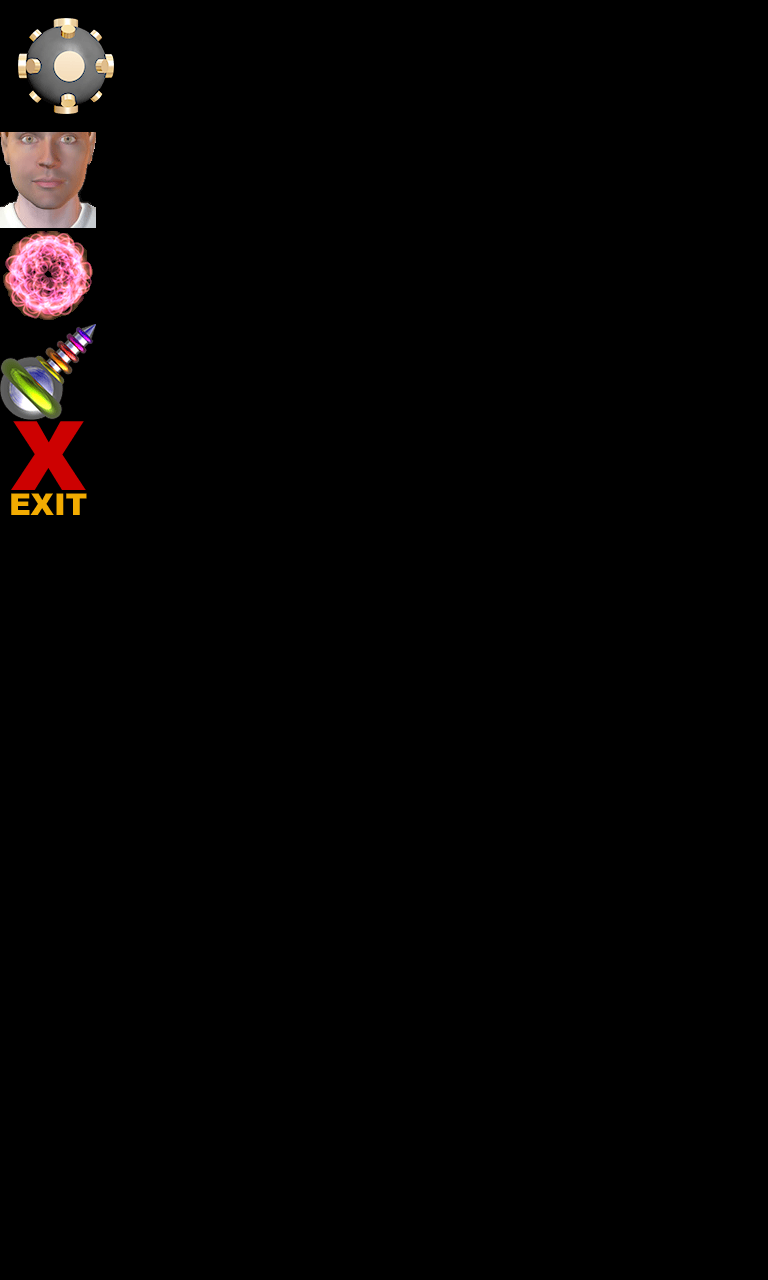
Repository: TimGirouard/tim-hobby-bucket
Layout: Android_Work/workspace/Hello_World/res/layout/activity_attack.xml
The author's editor kept a copy of each file at every save. The layout is drawn from the files as they stood at one save, then again after the next save.
It is drawn on a 768 x 1280 px phone screen (xhdpi) without system bars, with theme AppTheme; the app's code is not run.

Above is the layout before, as saved 2014-01-17 16:40:23.

### Android_Work/workspace/Hello_World/res/layout/activity_attack.xml
<?xml version="1.0" encoding="utf-8"?>
<LinearLayout xmlns:android="http://schemas.android.com/apk/res/android"
    android:layout_width="match_parent"
    android:layout_height="match_parent"
    android:orientation="vertical"
    android:background="#000000" >
    <ImageButton
        android:id="@+id/bombButton"
        android:background="#00000000"
        android:layout_width="wrap_content"
        android:layout_height="wrap_content"
        android:contentDescription="@string/content_desc_bomb"
        android:layout_margin="9dp"
        android:src="@drawable/attackbomb" />
    <ImageButton
        android:id="@+id/invadeButton"
        android:background="#00000000"
        android:layout_width="wrap_content"
        android:layout_height="wrap_content"
        android:contentDescription="@string/content_desc_invade"
        android:src="@drawable/attackinvade" />
    <ImageButton
        android:id="@+id/infectButton"
        android:background="#00000000"
		android:layout_width="wrap_content"
        android:layout_height="wrap_content"
        android:contentDescription="@string/content_desc_virus"
        android:src="@drawable/attackvirus" />
    <ImageButton
        android:id="@+id/laserButton"
        android:background="#00000000"
		android:layout_width="wrap_content"
        android:layout_height="wrap_content"
        android:contentDescription="@string/content_desc_laser"
        android:src="@drawable/attacklaser" />
    <ImageButton
        android:id="@+id/exitButton"
        android:background="#00000000"
		android:layout_width="wrap_content"
        android:layout_height="wrap_content"
        android:contentDescription="@string/content_desc_exit"
        android:src="@drawable/attackexit" />
</LinearLayout>

### Android_Work/workspace/Hello_World/res/values/strings.xml
<?xml version="1.0" encoding="utf-8"?>
<resources>

    <string name="app_name">Hello_World</string>
    <string name="hello_world">Hello world!</string>
    <string name="add_planet_caption">Click Planet to Add</string>
    <string name="planet_name_label">Planet Name: </string>
	<string name="planet_mass_label">Planet Mass: </string>
	<string name="planet_gravity_label">Planet Gravity: </string>
	<string name="planet_colonies_label">Planet Colonies: </string>
	<string name="planet_population_label">Planet Population: </string>
	<string name="planet_military_label">Planet Military: </string>
	<string name="planet_bases_label">Planet Bases: </string>
	<string name="planet_forcefield_label">Planet Forcefield: </string>
    <string name="menu_add_planet">Add a New Planet</string>
    <string name="menu_config_planet">Configure Planet</string>
    <string name="menu_travel_planet">Travel to Planet</string>
    <string name="menu_attack_planet">Attack on Planet</string>
    <string name="menu_home_planet">Show Home Planet</string>
	<string name="content_desc_earth">Planet Earth</string>
	<string name="content_desc_mars">Planet Mars</string>
	<string name="content_desc_venus">Planet Venus</string>
	<string name="content_desc_jupiter">Planet Jupiter</string>
	<string name="content_desc_saturn">Planet Saturn</string>
	<string name="content_desc_neptune">Planet Neptune</string>
	<string name="button_name_colonies">Add Colonies</string>
	<string name="button_name_colonists">Add Colonists</string>
	<string name="button_name_bases">Add Bases</string>
	<string name="button_name_military">Add Military</string>
	<string name="button_name_ffon">Forcefield On</string>
	<string name="button_name_ffoff">Forcefield Off</string>
	<string name="button_name_done">Done Configuring</string>
	<string name="button_name_done_add">All Done!</string>
	<string name="content_desc_bomb">Bomb the Planet</string>
	<string name="content_desc_invade">Invade the Planet</string>
	<string name="content_desc_virus">Infect Planet with Virus</string>
	<string name="content_desc_laser">Fire Laser at Planet</string>
	<string name="content_desc_exit">Exit to Home Planet</string>



	<string name="button_name_return">Return Home</string>
</resources>

Loaded but not shown: Android_Work/workspace/Hello_World/res/values/styles.xml (common file); Android_Work/workspace/Hello_World/res/values-v11/styles.xml (common file); Android_Work/workspace/Hello_World/res/values-v14/styles.xml (common file)

After the next save:
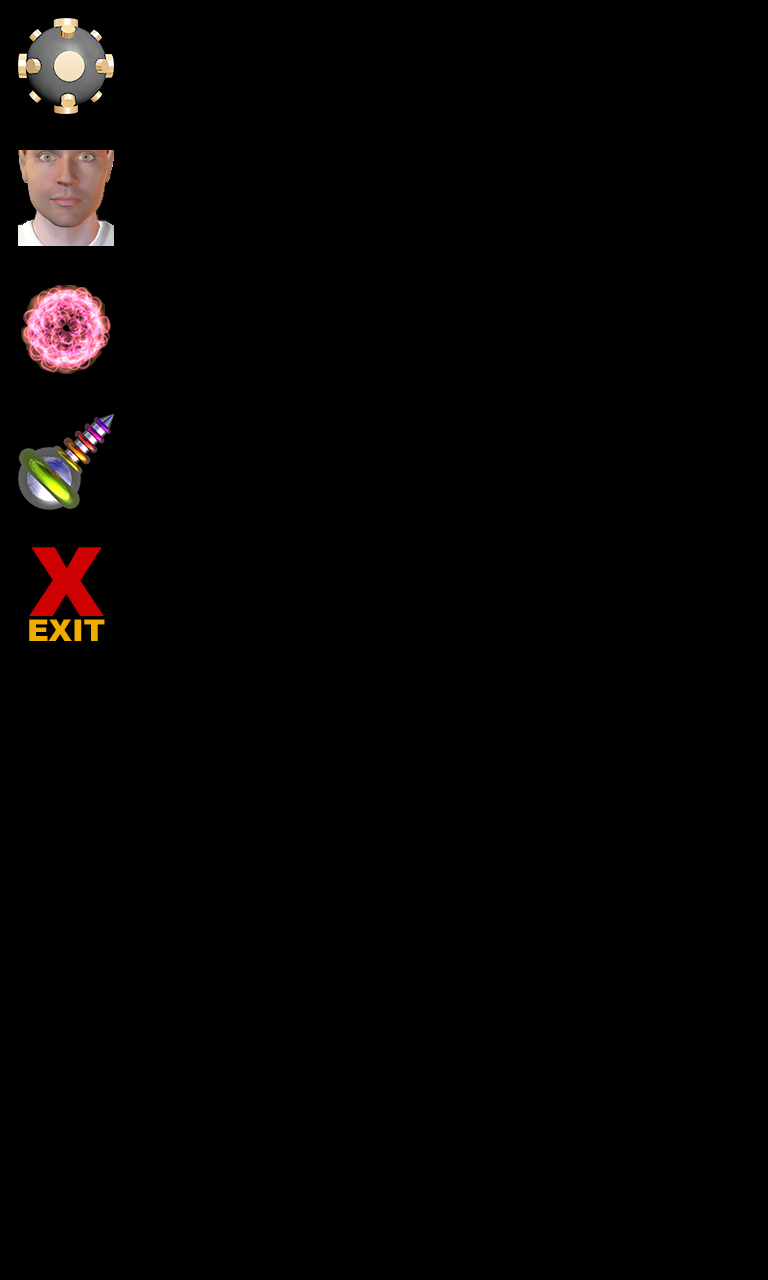
Saved 33 s later.
--- a/Android_Work/workspace/Hello_World/res/layout/activity_attack.xml
+++ b/Android_Work/workspace/Hello_World/res/layout/activity_attack.xml
@@ -18,6 +18,7 @@
         android:layout_width="wrap_content"
         android:layout_height="wrap_content"
         android:contentDescription="@string/content_desc_invade"
+        android:layout_margin="9dp"
         android:src="@drawable/attackinvade" />
     <ImageButton
         android:id="@+id/infectButton"
@@ -25,6 +26,7 @@
 		android:layout_width="wrap_content"
         android:layout_height="wrap_content"
         android:contentDescription="@string/content_desc_virus"
+        android:layout_margin="9dp"
         android:src="@drawable/attackvirus" />
     <ImageButton
         android:id="@+id/laserButton"
@@ -32,6 +34,7 @@
 		android:layout_width="wrap_content"
         android:layout_height="wrap_content"
         android:contentDescription="@string/content_desc_laser"
+        android:layout_margin="9dp"
         android:src="@drawable/attacklaser" />
     <ImageButton
         android:id="@+id/exitButton"
@@ -39,5 +42,6 @@
 		android:layout_width="wrap_content"
         android:layout_height="wrap_content"
         android:contentDescription="@string/content_desc_exit"
+        android:layout_margin="9dp"
         android:src="@drawable/attackexit" />
 </LinearLayout>
